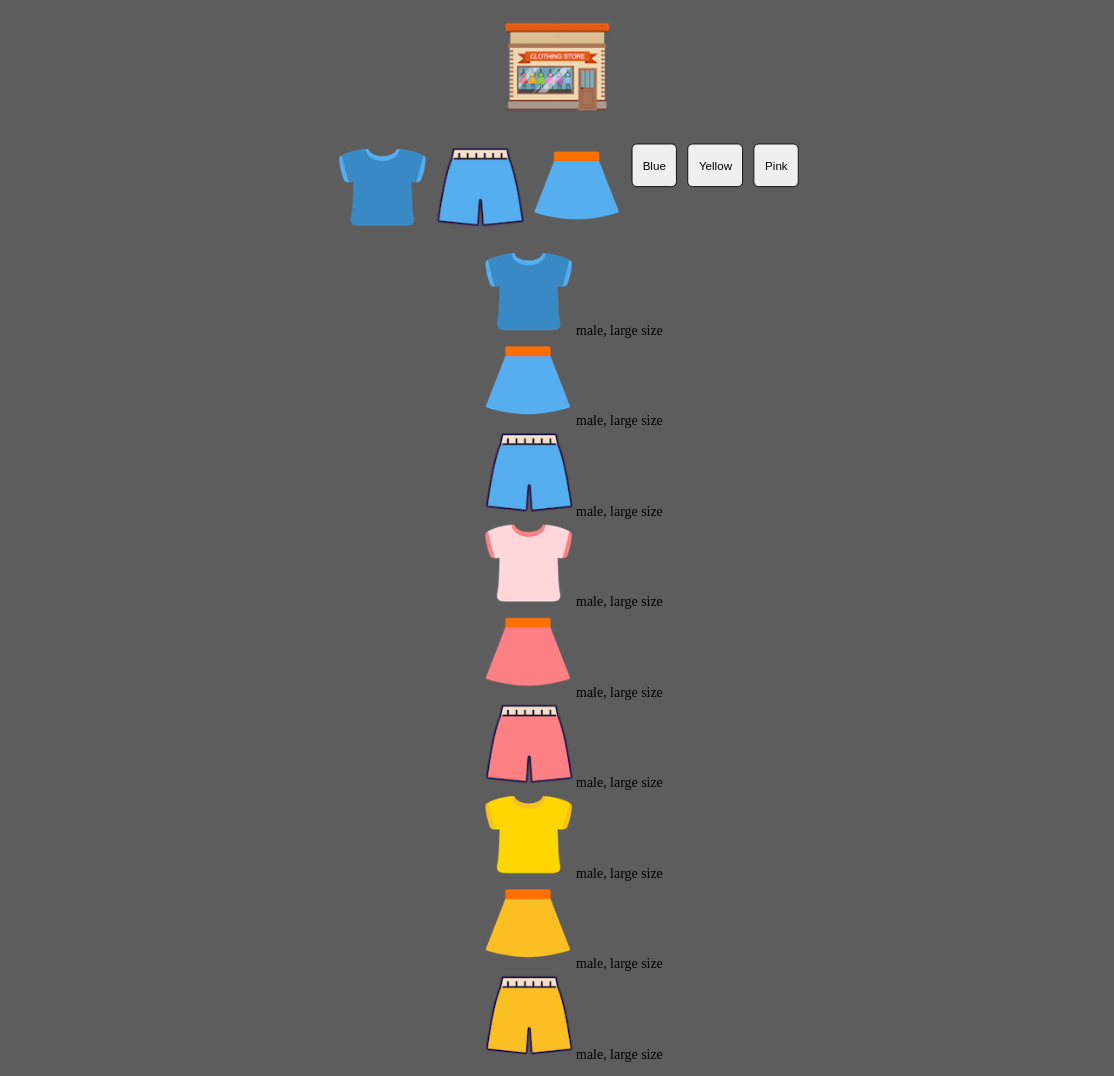
Repository: keehoonjung/Shoppingmall-Game
Page: index.html
An editor plug-in stored every save of this project. The page is shown before and after the next save, followed by the edit.
The browser window is 1280 px wide. The pictures show the whole page, at 87% of full size.

Above is the page before, as saved 2021-08-12 13:33:53.

### index.html
<!DOCTYPE html>
<html lang="en">
<head>
    <meta charset="UTF-8">
    <meta http-equiv="X-UA-Compatible" content="IE=edge">
    <meta name="viewport" content="width=device-width, initial-scale=1.0">
    <title>Shoppingamll Game</title>
    <link rel="stylesheet" href="style.css">
    <script src="main.js" defer></script>
</head>
<body>
    <header>
        <img src="./imgs/logo.png" alt="header" class="header__logo">
    </header>
    <ul class="filter">
        <li class="filter__btn">
            <img src="./imgs/blue_t.png" alt="shirt" class="shirt">
        </li>
        <li class="filter__btn">
            <img src="./imgs/blue_p.png" alt="pants" class="pants">
        </li>
        <li class="filter__btn">
            <img src="./imgs/blue_s.png" alt="" class="skirts">
        </li>
        <li class="filter__btn">
            <button class="blue">
                Blue
            </button>
        </li>
        <li class="filter__btn">
            <button class="yellow">
                Yellow
            </button>
        </li>
        <li class="filter__btn">
            <button class="pink">
                Pink
            </button>
        </li>
    </ul>
    <ul class="items">
        <li class="item">
            <img src="./imgs/blue_t.png" alt="blueshirt">
            <span>male, large size</span>
        </li>
        <li class="item">
            <img src="./imgs/blue_s.png" alt="blueshirt">
            <span>male, large size</span>
        </li>
        <li class="item">
            <img src="./imgs/blue_p.png" alt="blueshirt">
            <span>male, large size</span>
        </li>
        <li class="item">
            <img src="./imgs/pink_t.png" alt="blueshirt">
            <span>male, large size</span>
        </li>
        <li class="item">
            <img src="./imgs/pink_s.png" alt="blueshirt">
            <span>male, large size</span>
        </li>
        <li class="item">
            <img src="./imgs/pink_p.png" alt="blueshirt">
            <span>male, large size</span>
        </li>
        <li class="item">
            <img src="./imgs/yellow_t.png" alt="blueshirt">
            <span>male, large size</span>
        </li>
        <li class="item">
            <img src="./imgs/yellow_s.png" alt="blueshirt">
            <span>male, large size</span>
        </li>
        <li class="item">
            <img src="./imgs/yellow_p.png" alt="blueshirt">
            <span>male, large size</span>
        </li>
    </ul>
</body>
</html>

### style.css
* {
  box-sizing: border-box;
}

body {
  background-color: rgb(94, 93, 93);
  text-align: center;
  margin: 0;
}

ul {
  list-style: none;
}

button {
  border: 1px solid black;
  border-radius: 6px;
  display: inline-block;
  height: 50px;
  padding: 16px 12px;
}

header {
  margin-top: 20px;
}

.header__logo {
  width: 125px;
}

.filter {
  display: flex;
  justify-content: center;
}

.filter__btn {
  padding-right: 12px;
}

Loaded but not shown: main.js (no copy from this time; the picture is the same without it)

After the next save:
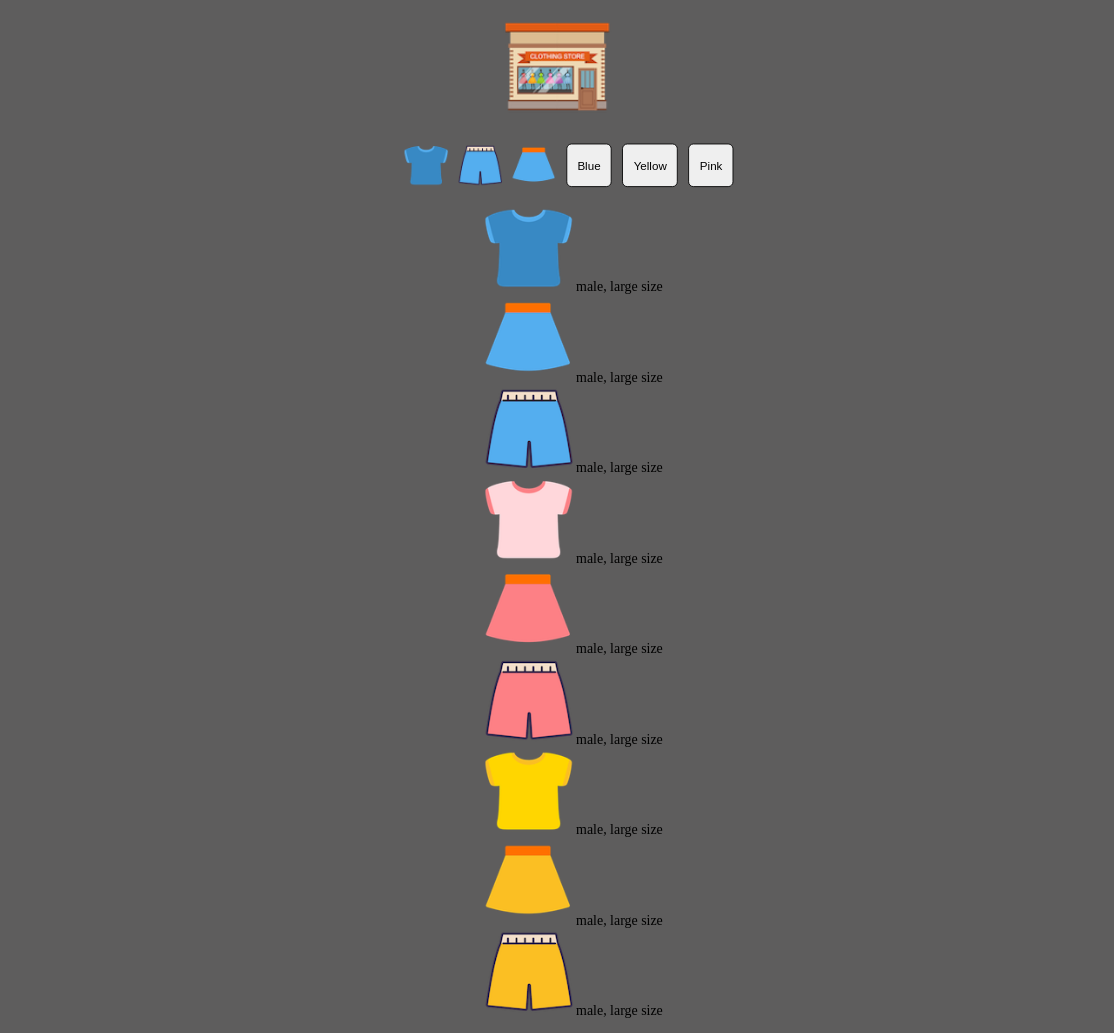
Saved 30 s later.
--- a/style.css
+++ b/style.css
@@ -36,3 +36,7 @@ header {
 .filter__btn {
   padding-right: 12px;
 }
+
+.filter__btn img {
+  height: 50px;
+}
